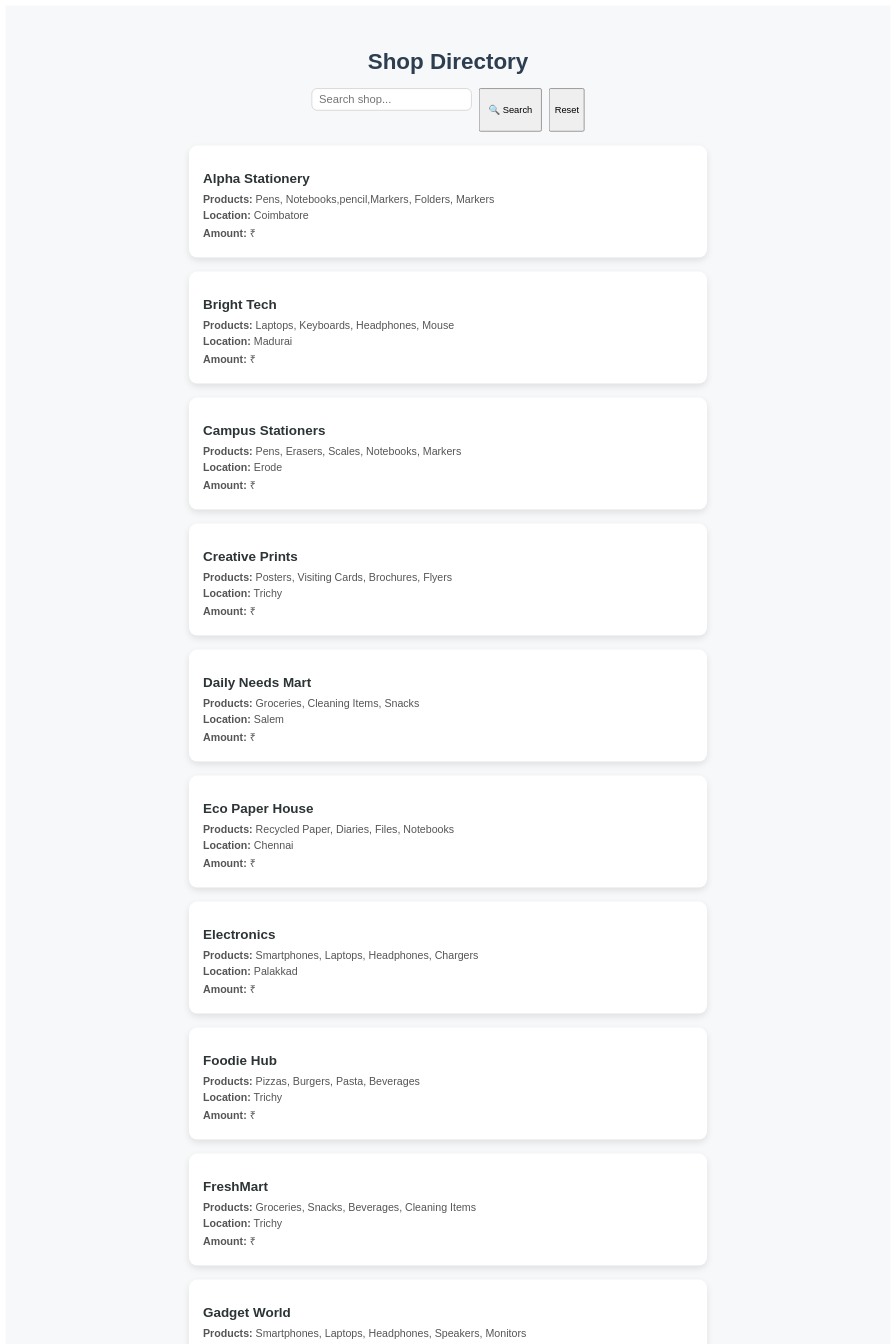
Repository: Pavithra-09git/CarSort
Page: /
These files come from the project's save history. The page is drawn as it stood at one moment and after the next save; the edit follows.
The browser window is 1280 px wide. The pictures show the part of the page from y = 0 to 1920 px (the page is 5634 px tall before and 5665 px after), at 70% of full size.
The project was rebuilt for these pictures with package versions that can differ from the ones it lists, and the page was loaded fresh each time. Also part of the build but not shown: vite.config.js.

Above is the page before, as saved 2025-10-26 12:45:04.

### index.html
<!doctype html>
<html lang="en">
  <head>
    <meta charset="UTF-8" />
    <link rel="icon" type="image/svg+xml" href="/vite.svg" />
    <meta name="viewport" content="width=device-width, initial-scale=1.0" />
    <title>table</title>
  </head>
  <body>
    <div id="root"></div>
    <script type="module" src="/src/main.jsx"></script>
  </body>
</html>

### src/App.jsx
import React, { useState } from "react";
import { shops } from './data';
import "./App.css";

function App() {
  const [search, setSearch] = useState("");
  const [filteredShops, setFilteredShops] = useState(null);

  // Sort alphabetically once
  const sortedShops = [...shops].sort((a, b) => a.name.localeCompare(b.name));

  const handleSearch = () => {
    if (!search.trim()) {
      setFilteredShops(null);
      return;
    }

    // Filter all matching shops
    const result = sortedShops
      .filter(
        (shop) =>
          shop.name.toLowerCase().includes(search.toLowerCase()) ||
          shop.products.toLowerCase().includes(search.toLowerCase())
      )
      .sort((a, b) => a.name.localeCompare(b.name)); // sort alphabetically

    setFilteredShops(result);
  };

  const handleReset = () => {
    setSearch("");
    setFilteredShops(null);
  };

  const displayShops = filteredShops || sortedShops;

  return (
    <div className="container">
      <h1>Shop Directory</h1>

      <div className="search-container">
        <input
          type="text"
          placeholder="Search shop..."
          value={search}
          onChange={(e) => setSearch(e.target.value)}
          className="search-box"
        />
        <button onClick={handleSearch} className="search-btn">🔍 Search</button>
        <button onClick={handleReset} className="reset-btn">Reset</button>
      </div>

      <div className="card-column">
        {displayShops.map((shop) => (
          <div className="card" key={shop.id}>
            <h2>{shop.name}</h2>
            <p><strong>Products:</strong> {shop.products}</p>
            <p><strong>Location:</strong> {shop.location}</p>
            <p><strong>Amount:</strong> ₹{shop.amount}</p>
          </div>
        ))}
      </div>
    </div>
  );
}

export default App;

### src/data.js
export const shops = [
  { id: 1, name:"Alpha Stationery", products: "Pens, Notebooks,pencil,Markers, Folders, Markers", location: "Coimbatore" },
  { id: 2, name:"Eco Paper House", products: "Recycled Paper, Diaries, Files, Notebooks", location: "Chennai" },
  { id: 3, name:"Campus Stationers", products: "Pens, Erasers, Scales, Notebooks, Markers", location: "Erode" },
  { id: 4, name:"Paper World", products: "Files, Diaries, Folders, A4 Sheets, Notebooks", location: "Chennai" },
  { id: 5, name:"Office Essentials", products: "Pens, Files, Notebooks, Diaries, Staplers", location: "Madurai" },
  { id: 6, name:"Stationery Hub", products: "Pens, Notebooks, Pencils, Markers", location: "Palakkad" },
  { id: 7, name:"Notebook Planet", products: "Notebooks, Diaries,pencil Folders, Pens", location: "Palakkad" },
  { id: 8, name:"Bright Tech", products: "Laptops, Keyboards, Headphones, Mouse", location: "Madurai" },
  { id: 9, name: "Smart Gadgets Hub", products: "Smartphones, Chargers, Speakers, Headphones", location: "Coimbatore" },
  { id: 10, name:"Techno Zone", products: "Laptops, Mouse, Monitors, Chargers, Keyboards", location: "Trichy" },
  { id: 11, name:"Gadget World", products: "Smartphones, Laptops, Headphones, Speakers, Monitors", location: "Salem" },
  { id: 12, name: "Electronics", products: "Smartphones, Laptops, Headphones, Chargers", location: "Palakkad" },
  { id: 13, name:"Daily Needs Mart", products: "Groceries, Cleaning Items, Snacks", location: "Salem" },
  { id: 14, name:"Green Leaf Grocers", products: "Snacks, Organic Food, Cleaning Items, Vegetables", location: "Coimbatore" },
  { id: 15, name:"Home Essentials", products: "Cleaning Items, Groceries, Snacks, Toiletries", location: "Salem" },
  { id: 16, name:"QuickMart", products: "Groceries, Beverages, Snacks, Household Items", location: "Chennai" },
  { id: 17, name:"Grocery Hub", products: "Snacks, Beverages, Cleaning Items, Fresh Vegetables", location: "Palakkad" },
  { id: 18, name:"FreshMart", products: "Groceries, Snacks, Beverages, Cleaning Items", location: "Trichy" },
  { id: 19, name:"Tasty Treats", products: "Burgers, Pizzas, Sandwiches, Beverages", location: "Chennai" },
  { id: 20, name:"Healthy Bites", products: "Salads, Smoothies, Sandwiches, Juices", location: "Coimbatore" },
  { id: 21, name:"Foodie Hub", products: "Pizzas, Burgers, Pasta, Beverages", location: "Trichy" },
  { id: 22, name: "Snacks Corner", products: "Snacks, Beverages, Burgers, Sandwiches", location: "Palakkad" },
  { id: 23, name: "Snack Attack", products: "Burgers, Sandwiches, Fries, Beverages", location: "Madurai" },
  { id: 24, name: "Knowledge Academy", products: "Books, Stationery, Educational Kits", location: "Madurai" },
  { id: 25, name: "Smart Learning Center", products: "Books, Worksheets, Study Materials, Learning Kits", location: "Coimbatore" },
  { id: 26, name: "Learning Hub", products: "Books, Notebooks, Educational Games, Worksheets", location: "Palakkad" },
  { id: 27, name: "Study Smart", products: "Books, Worksheets, Notebooks, Study Kits", location: "Trichy" },
  { id: 28, name: "Creative Prints", products: "Posters, Visiting Cards, Brochures, Flyers", location: "Trichy" },
  { id: 29, name: "PrintCraft Studio", products: "Brochures, Business Cards, Posters, Flyers, Banners", location: "Coimbatore" },
  { id: 30, name: "Print Hub", products: "Business Cards, Brochures, Posters, Flyers", location: "Palakkad" }
];

### src/App.css
/* Main container */
.container {
  min-height: 100vh;
  background-color: #f7f8fa;
  display: flex;
  flex-direction: column;
  align-items: center;
  padding: 40px 20px;
  font-family: "Poppins", sans-serif;
}

/* Title */
h1 {
  color: #2c3e50;
  margin-bottom: 20px;
  font-size: 2rem;
  text-align: center;
}

/* Search bar */
.search-box {
  width: 100%;
  max-width: 400px;
  padding: 10px 15px;
  border: 1px solid #ccc;
  border-radius: 8px;
  outline: none;
  font-size: 16px;
  transition: 0.3s;
  margin-bottom: 30px;
}

.search-box:focus {
  border-color: #007bff;
  box-shadow: 0 0 5px rgba(0, 123, 255, 0.3);
}

/* Cards vertical layout */
.card-column {
  display: flex;
  flex-direction: column;
  align-items: center;
  gap: 20px;
  width: 100%;
  max-width: 700px;
}

/* Individual card */
.card {
  background-color: white;
  border-radius: 12px;
  box-shadow: 0 4px 10px rgba(0, 0, 0, 0.1);
  width: 100%;
  padding: 20px;
  transition: transform 0.3s ease, box-shadow 0.3s ease;
}

.card:hover {
  transform: translateY(-5px);
  box-shadow: 0 6px 15px rgba(0, 0, 0, 0.15);
}

/* Card text */
.card h2 {
  font-size: 1.2rem;
  color: #2d3436;
  margin-bottom: 10px;
}

.card p {
  font-size: 0.95rem;
  color: #555;
  margin: 6px 0;
}

/* No result text */
.no-result {
  color: #777;
  text-align: center;
  font-size: 1rem;
}
.search-container {
  display: flex;
  gap: 10px;
  margin-bottom: 20px;
}

.search-btn {
  display: flex;
  align-items: center;
  gap: 5px;
  padding: 6px 12px;
  cursor: pointer;
}

.search-box {
  flex: 1;
  padding: 6px 10px;
}

Loaded but not shown: src/main.jsx (common file)

After the next save:
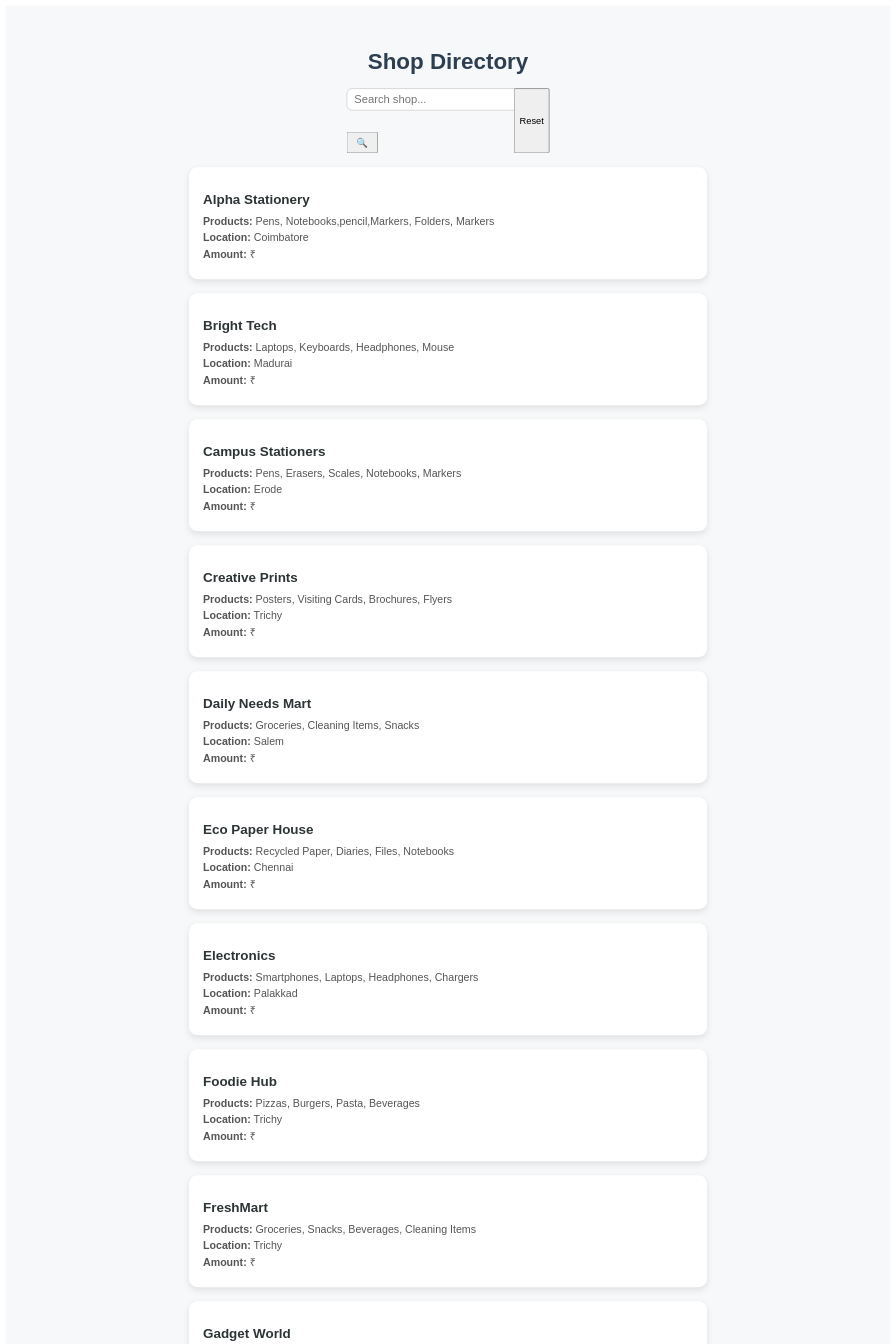
Saved 99 s later.
--- a/src/App.jsx
+++ b/src/App.jsx
@@ -6,8 +6,9 @@ function App() {
   const [search, setSearch] = useState("");
   const [filteredShops, setFilteredShops] = useState(null);
 
-  // Sort alphabetically once
-  const sortedShops = [...shops].sort((a, b) => a.name.localeCompare(b.name));
+  const sortedShops = [...shops].sort((a, b) =>
+    a.name.trim().toLowerCase().localeCompare(b.name.trim().toLowerCase())
+  );
 
   const handleSearch = () => {
     if (!search.trim()) {
@@ -15,14 +16,15 @@ function App() {
       return;
     }
 
-    // Filter all matching shops
     const result = sortedShops
       .filter(
         (shop) =>
-          shop.name.toLowerCase().includes(search.toLowerCase()) ||
-          shop.products.toLowerCase().includes(search.toLowerCase())
+          shop.name.toLowerCase().includes(search.toLowerCase().trim()) ||
+          shop.products.toLowerCase().includes(search.toLowerCase().trim())
       )
-      .sort((a, b) => a.name.localeCompare(b.name)); // sort alphabetically
+      .sort((a, b) =>
+        a.name.trim().toLowerCase().localeCompare(b.name.trim().toLowerCase())
+      );
 
     setFilteredShops(result);
   };
@@ -39,14 +41,16 @@ function App() {
       <h1>Shop Directory</h1>
 
       <div className="search-container">
-        <input
-          type="text"
-          placeholder="Search shop..."
-          value={search}
-          onChange={(e) => setSearch(e.target.value)}
-          className="search-box"
-        />
-        <button onClick={handleSearch} className="search-btn">🔍 Search</button>
+        <div className="search-box-wrapper">
+          <input
+            type="text"
+            placeholder="Search shop..."
+            value={search}
+            onChange={(e) => setSearch(e.target.value)}
+            className="search-box"
+          />
+          <button onClick={handleSearch} className="search-btn">🔍</button>
+        </div>
         <button onClick={handleReset} className="reset-btn">Reset</button>
       </div>
 
